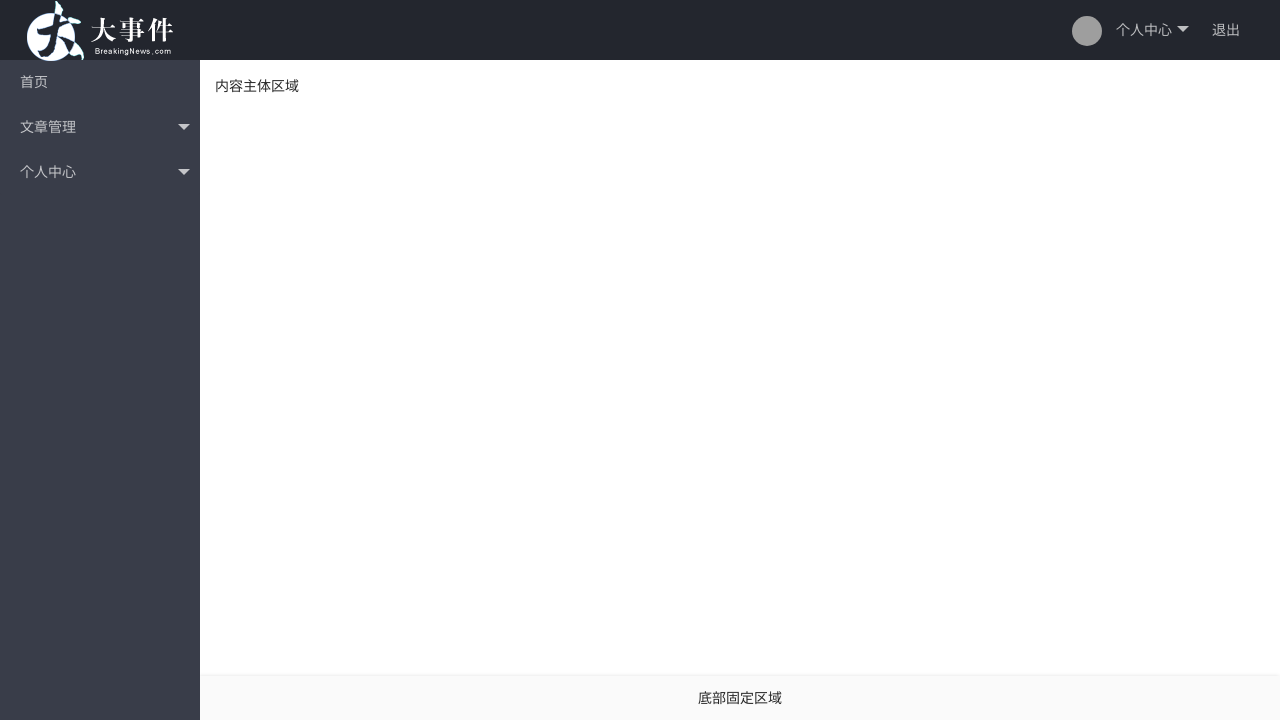
Repository: 1zhoukexin/web_aad
Page: index.html
An editor plug-in stored every save of this project. The page is shown before and after the next save, followed by the edit.
The browser window is 1280 px wide. The pictures show the whole page.
Pictures or frames that could not be fetched are drawn as grey boxes.

Above is the page before, as saved 2021-04-16 20:02:27.

After the next save:
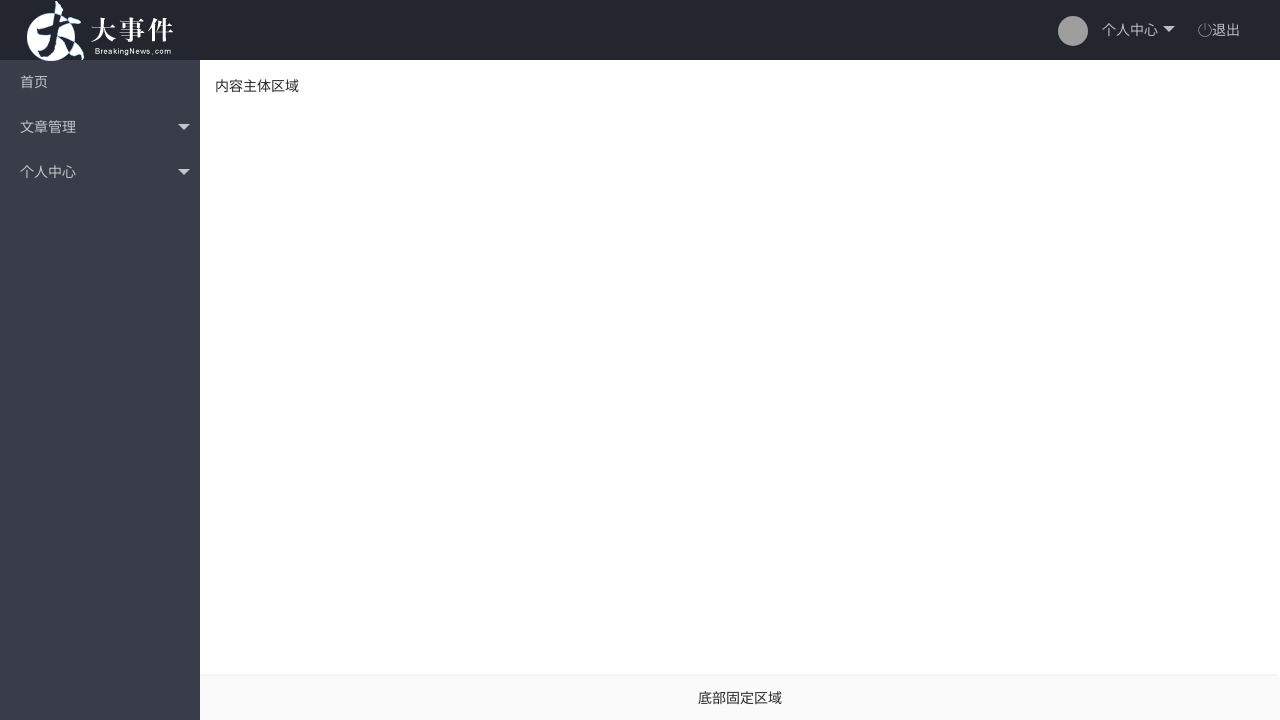
Saved 70 s later.
--- a/index.html
+++ b/index.html
@@ -31,7 +31,10 @@
                         <dd><a href="">重置密码</a></dd>
                     </dl>
                 </li>
-                <li class="layui-nav-item"><a href="">退出</a></li>
+                <li class="layui-nav-item">
+                    <a href="">
+                        <span class="iconfont icon-tuichu"></span>退出</a>
+                </li>
             </ul>
         </div>
 
